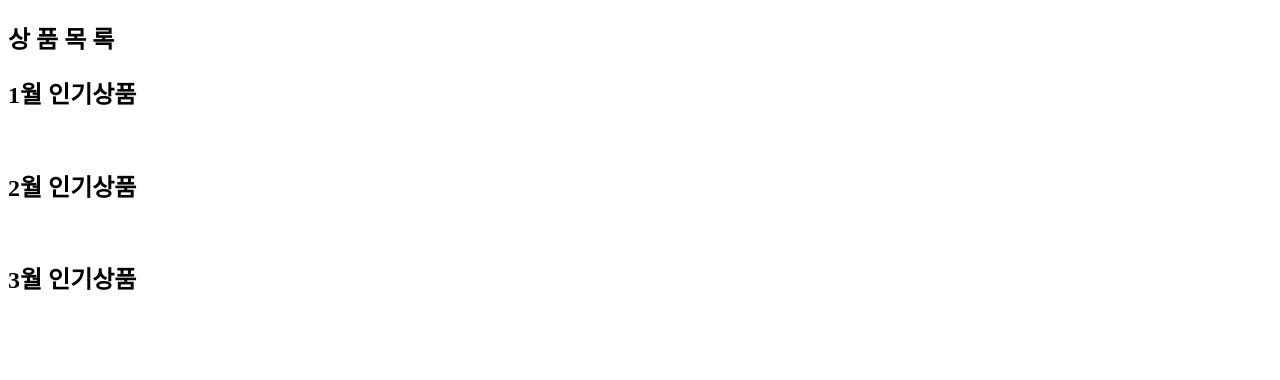
Repository: odasd/jsp
Page: http://localhost/semi/record/record3.jsp
The author's editor kept a copy of each file at every save. The page is drawn from the files as they stood at one save, then again after the next save.
The browser window is 1280 px wide. The pictures show the whole page.
Some web libraries are served in a nearby version. The page is served by Tomcat 9. Queries for data that is not in the repository find no rows.

Above is the page before, as saved 2020-06-17 09:13:57.

After the next save:
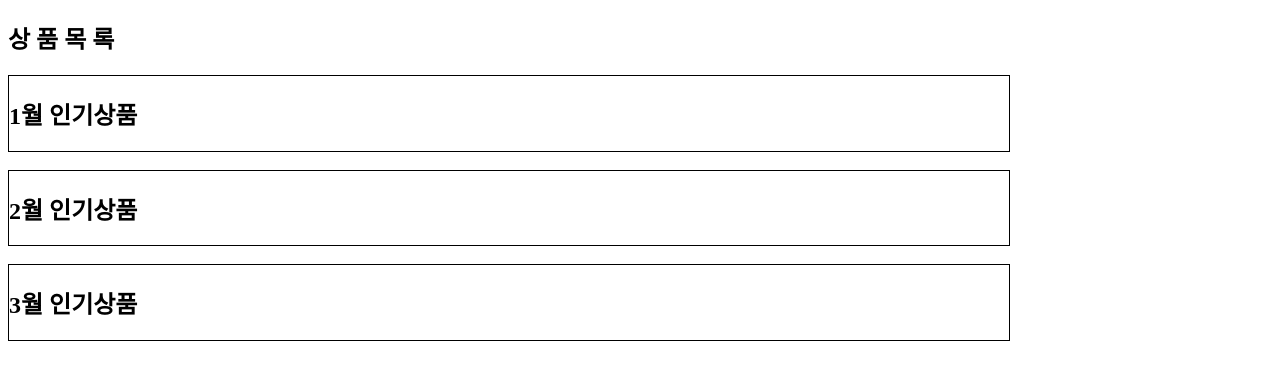
Saved 22 s later.
--- a/semi/WebContent/record/record3.jsp
+++ b/semi/WebContent/record/record3.jsp
@@ -20,8 +20,8 @@
 	float: left;
 }
 
-.help {width:1000px;}
-.box {border:1px solid black;}
+.help {width:1000px; border:1px solid black;}
+
 </style>
 </head>
 <body>

After the 2 saves that followed:
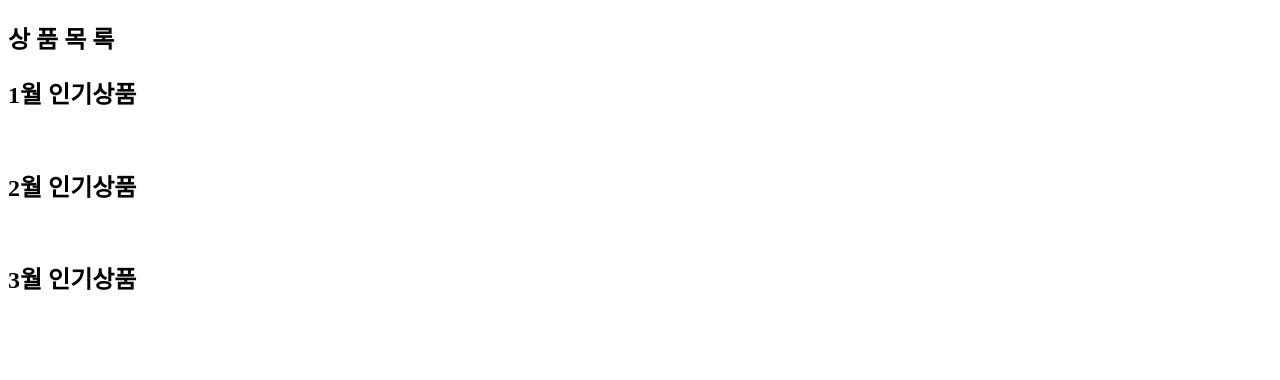
The 2 saves are shown as one change because 1 left the picture as it was.
The last was saved 59 s later.
--- a/semi/WebContent/record/record3.jsp
+++ b/semi/WebContent/record/record3.jsp
@@ -18,9 +18,10 @@
 .image {
 	width: 200px;
 	float: left;
+	border:1px solid black;
 }
 
-.help {width:1000px; border:1px solid black;}
+.help {width:1000px; }
 
 </style>
 </head>
@@ -36,9 +37,9 @@
 				<div id="tbl1"></div>
 				<script id="temp1" type="text/x-handlebars-template">
          {{#each array}}
-					<div class="box">
+
 					<div class="image"><img src="{{printImage image}}"><br>
-					{{product_name}}<br>{{sold_quantity}}</div></div>
+					{{product_name}}<br>{{sold_quantity}}</div>
 			{{/each}}
       </script>
 			</div><br>
@@ -47,9 +48,8 @@
 				<div id="tbl2"></div>
 				<script id="temp2" type="text/x-handlebars-template">
          {{#each array}}
-      				<div class="box">
 					<div class="image"><img src="{{printImage image}}"><br>
-					{{product_name}}<br>{{sold_quantity}}</div></div>
+					{{product_name}}<br>{{sold_quantity}}</div>
 
            {{/each}}
       </script>
@@ -60,9 +60,9 @@
 				<div id="tbl3"></div>
 				<script id="temp3" type="text/x-handlebars-template">
          {{#each array}}
-        			 <div class="box">
+
 					<div class="image"><img src="{{printImage image}}"><br>
-					{{product_name}}<br>{{sold_quantity}}</div></div>
+					{{product_name}}<br>{{sold_quantity}}</div>
 
            {{/each}}
       </script>
